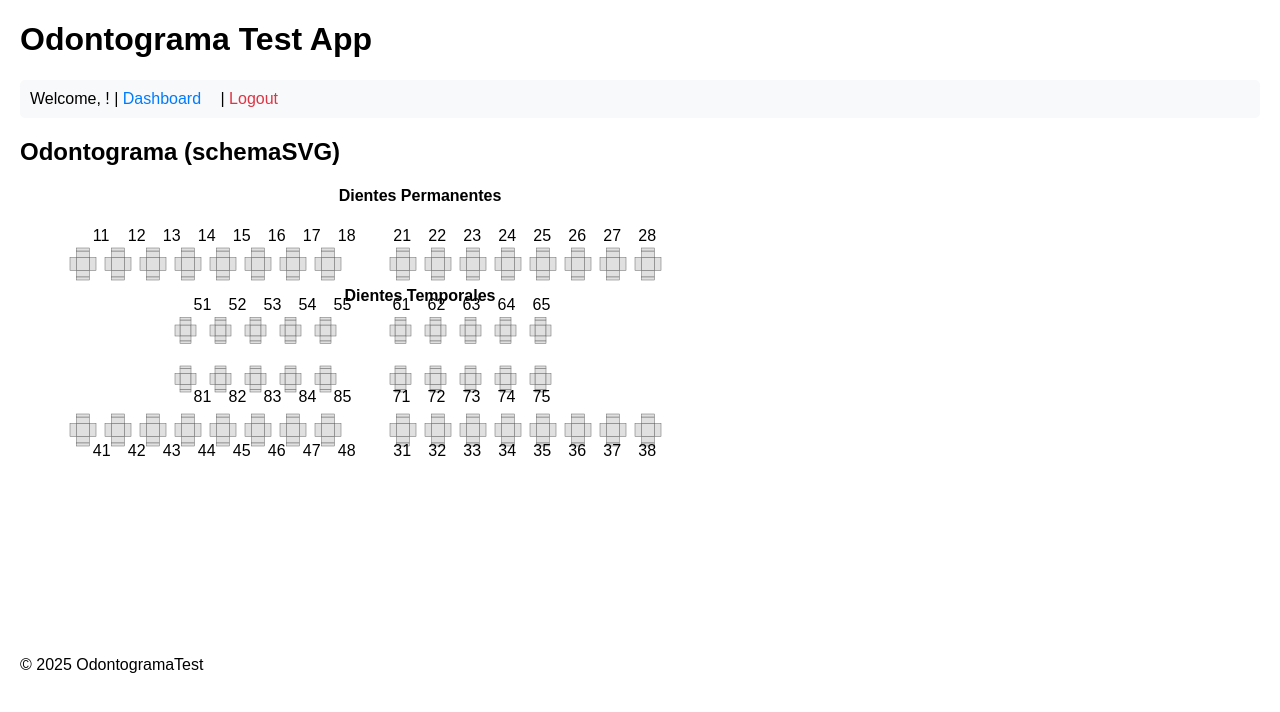
Repository: werfelyesid/OdontogramaTest
Page: http://localhost/dashboard/
The author's editor kept a copy of each file at every save. The page is drawn from the files as they stood at one save, then again after the next save.
The browser window is 1280 px wide. The pictures show the whole page.
The page is served by the project's application, run on Django 4.2 (manage.py). A made-up administrator, testuser (Test User, test@example.com), is signed in.

Above is the page before, as saved 2025-04-20 15:36:15.

After the next save:
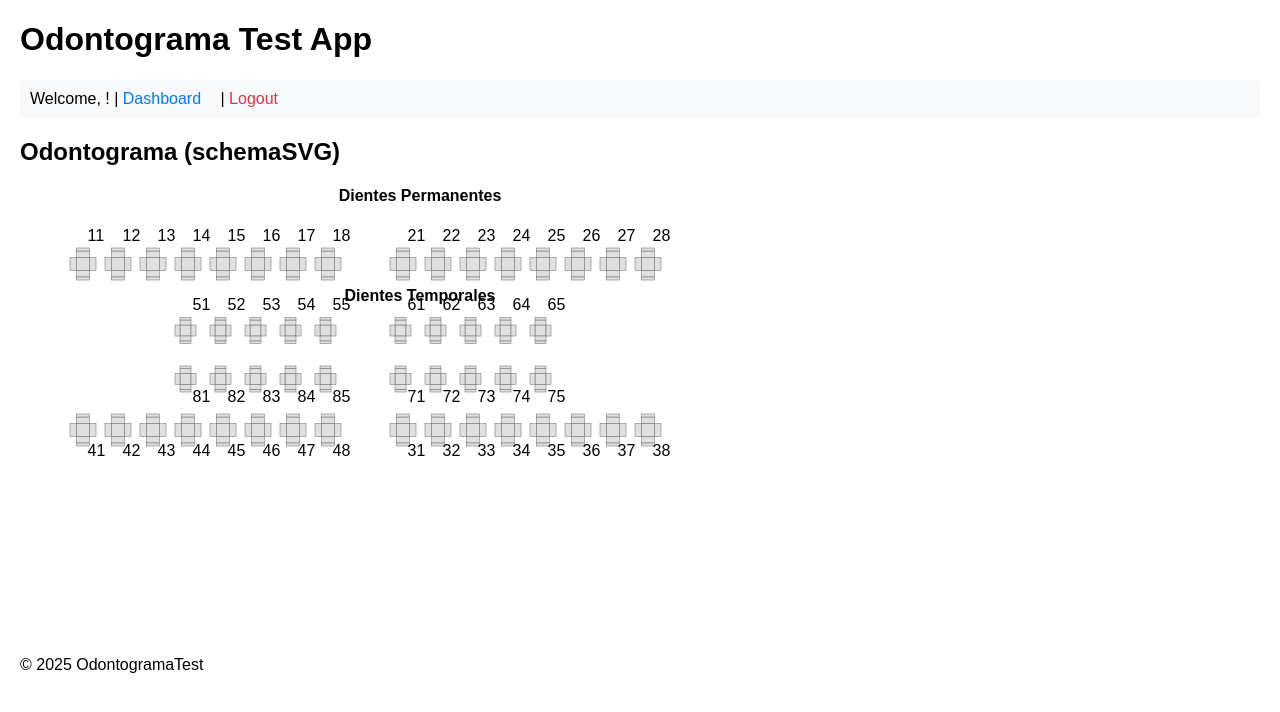
Saved 4 min 54 s later.
--- a/core/templates/core/dashboard.html
+++ b/core/templates/core/dashboard.html
@@ -93,18 +93,8 @@
             const currentToothHeight = (shapeId === '#tooth-shape') ? toothHeightPerm : toothHeightDecid;
             const numberY = isUpperRow ? (yOffset - numberSpacing + 5) : (yOffset + currentToothHeight + numberSpacing - 5);
 
-            // Calculate X position to align with the center of the visual distal surface
-            let numberXCenterOffset;
-            if (shapeId === '#tooth-shape') { // Permanent
-                // Distal surface: x=19.5, width=6.5 -> center=22.75
-                // Mesial surface: x=0, width=6.5 -> center=3.25
-                numberXCenterOffset = isLeftQuadrant ? 3.25 : 22.75;
-            } else { // Deciduous
-                // Distal surface: x=16, width=5 -> center=18.5
-                // Mesial surface: x=0, width=5 -> center=2.5
-                numberXCenterOffset = isLeftQuadrant ? 2.5 : 18.5;
-            }
-            const numberX = currentX + numberXCenterOffset; // Use offset relative to the tooth's group position
+            // Calculate X position to center the number within the tooth's allocated width
+            const numberX = currentX + toothWidth / 2; // Center in the allocated space
 
             numberText.setAttribute('x', numberX); // Use calculated X
             numberText.setAttribute('y', numberY);
